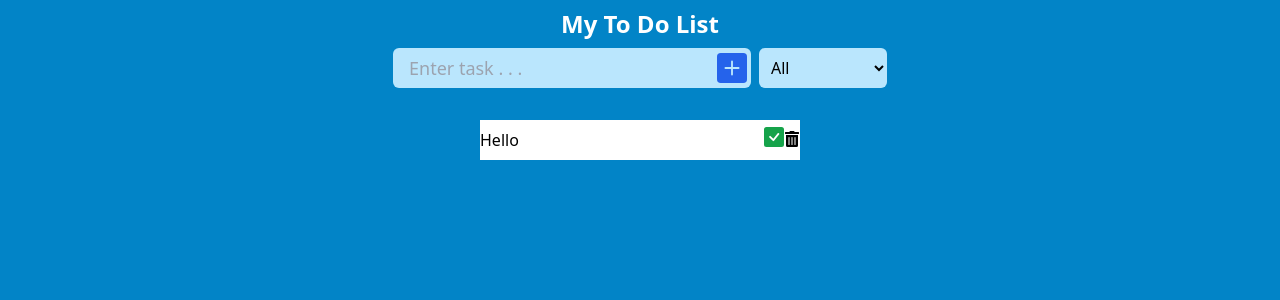
Repository: SaadYasin/react-to-do-list
Page: /
These files come from the project's save history. The page is drawn as it stood at one moment and after the next save; the edit follows.
The browser window is 1280 px wide. The pictures show the whole page.
The project was rebuilt for these pictures with package versions that can differ from the ones it lists, and the page was loaded fresh each time. Also part of the build but not shown: src/App.css.

Above is the page before, as saved 2022-11-10 22:59:22.

### public/index.html
<!DOCTYPE html>
<html lang="en">
  <head>
    <meta charset="utf-8" />
    <link rel="icon" href="%PUBLIC_URL%/favicon.ico" />
    <meta name="viewport" content="width=device-width, initial-scale=1" />
    <meta name="theme-color" content="#000000" />
    <meta
      name="description"
      content="Web site created using create-react-app"
    />
    <link rel="apple-touch-icon" href="%PUBLIC_URL%/logo192.png" />

    <link rel="manifest" href="%PUBLIC_URL%/manifest.json" />

    <title>React | To Do List</title>
  </head>
  <body>
    <noscript>You need to enable JavaScript to run this app.</noscript>
    <div id="root"></div>

  </body>
</html>

### src/App.js
import React from 'react';
import Header from './components/Header';
import Input from './components/Input';
import TodoList from './components/TodoList';
import './App.css';

function App() {
  const [inputText, setInputText] = React.useState(null);
  const [todos, setTodos] = React.useState([]);

  return (
    <div className="flex flex-col items-center bg-sky-600 h-screen">
      <Header />
      <Input todos={todos} setTodos={setTodos} setInputText={setInputText} inputText={inputText} />
      <h1>{ inputText }</h1>
      <TodoList />

    </div>
  );
}

export default App;

### src/components/Header.js
import React from 'react'
import Input from './Input'

const Header = () => {
  return (
    <div>
      <h1 className="text-2xl font-bold text-white my-2">My To Do List</h1>
    </div>
  );
}

export default Header

### src/components/Input.js
import React from "react";
import { BsFillPlusSquareFill } from "react-icons/bs";

const Input = ({ setInputText, inputText, todos, setTodos }) => {
  const handleInput = (e) => {
    // e.preventDefault();

    console.log(e.target.value);
    setInputText(e.target.value);
  };

  const handleSubmit = (e) => {
    e.preventDefault();

    setTodos([
      ...todos,
      { text: inputText, completed: false, id: Math.random() * 1000 },
    ]);

    setInputText("");
  };
  return (
    <div className="flex">
      <form className="flex h-10 bg-sky-200 rounded-md" onSubmit={handleSubmit}>
        <input
          value={inputText}
          type="text"
          placeholder="Enter task . . ."
          className="text-lg bg-transparent text-gray-800 px-4 w-44 md:w-80 outline-none"
          onChange={handleInput}
        />
        <button className="text-3xl text-blue-600 px-1" type="submit">
          <BsFillPlusSquareFill />
        </button>
      </form>

      <div className="select ml-2 bg-sky-200 rounded-md">
        <select
          name="todos"
          id="filter-todos"
          className="bg-transparent w-32 p-2"
        >
          <option value="all">All</option>
          <option value="completed">Completed</option>
          <option value="uncompleted">UnCompleted</option>
        </select>
      </div>
    </div>
  );
};

export default Input;

### src/components/TodoList.js
import React from 'react'

// Import components
import Todo from './Todo'
export const TodoList = () => {

  return (
    <div>
      <ul>
        <Todo />
      </ul>
    </div>
  )
}

export default TodoList;

### src/components/Todo.js
import React from 'react';
import { BsCheckSquareFill } from "react-icons/bs";
import { FaTrashAlt } from "react-icons/fa";
const Todo = () => {
  return (
    <div className="flex justify-between items-center mt-8 w-80 h-10 bg-white">
      <li>Hello</li>

      <div className="">
      <button className='text-green-600 text-xl'>
        <BsCheckSquareFill />
      </button>
      <button><FaTrashAlt /></button>
      </div>
    </div>
  );
}

export default Todo;

Loaded but not shown: src/index.js (common file); src/index.css (common file); tailwind.config.js (common file)

After the next save:
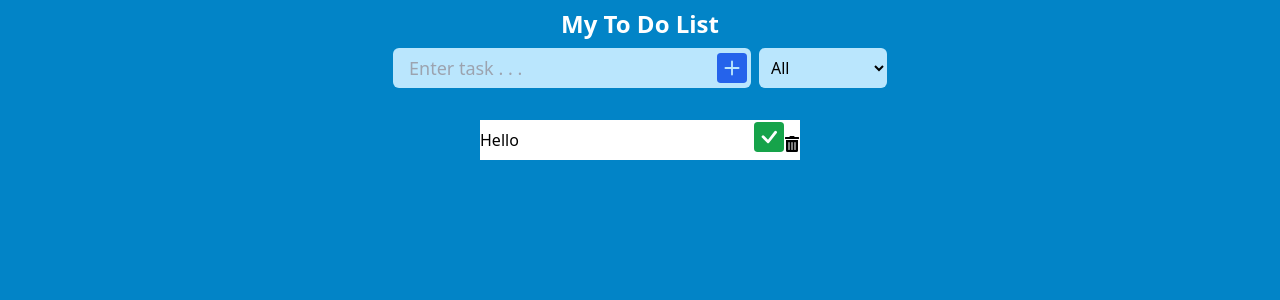
Saved 6 s later.
--- a/src/components/Todo.js
+++ b/src/components/Todo.js
@@ -7,7 +7,7 @@ const Todo = () => {
       <li>Hello</li>
 
       <div className="">
-      <button className='text-green-600 text-xl'>
+      <button className='text-green-600 text-3xl'>
         <BsCheckSquareFill />
       </button>
       <button><FaTrashAlt /></button>
